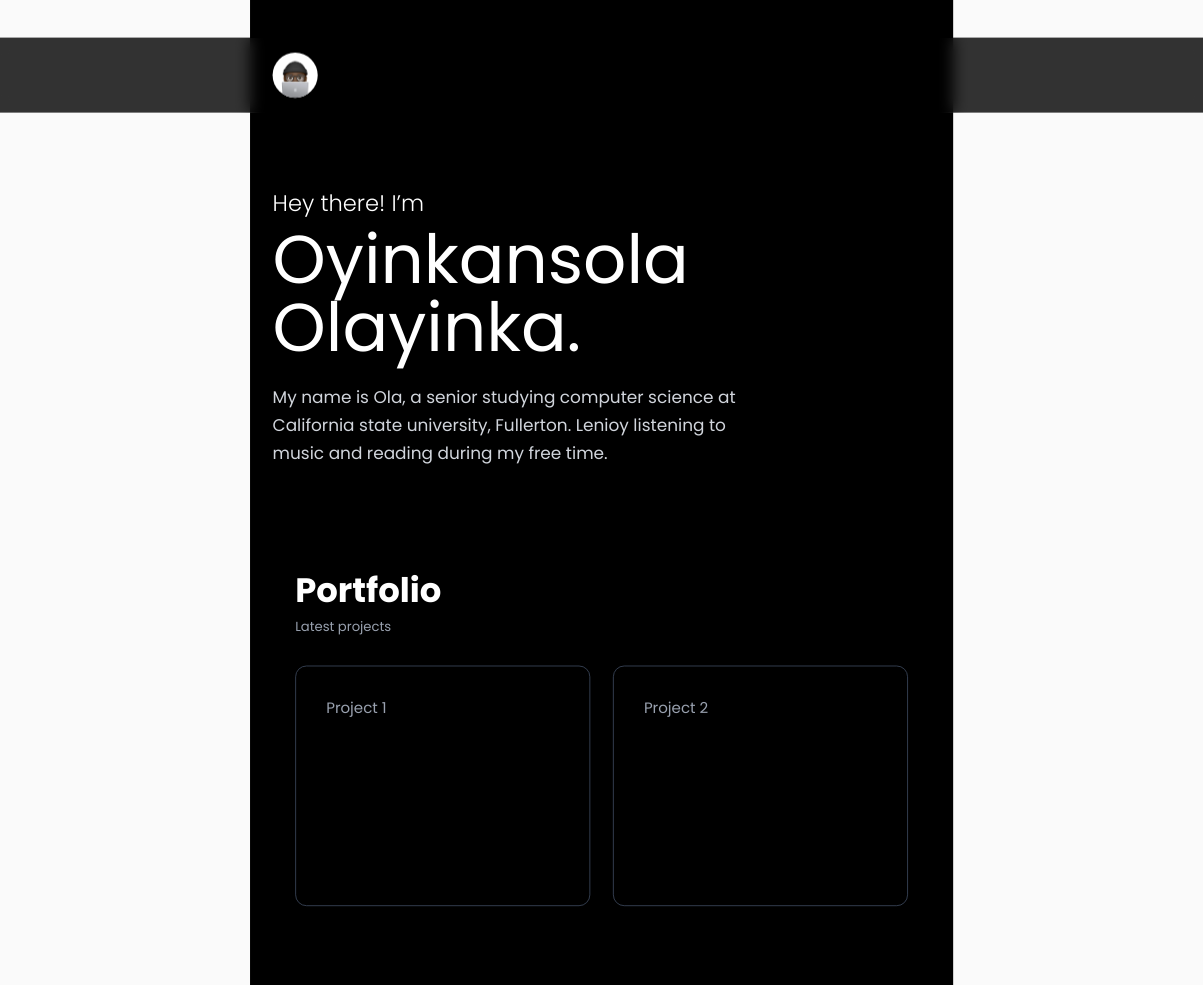
Repository: olasores/olasores-portfolio
Page: /
An editor plug-in stored every save of this project. The page is shown before and after a run of saves, followed by the edit.
The browser window is 1280 px wide. The pictures show the whole page, at 94% of full size.
The project was rebuilt for these pictures with package versions that can differ from the ones it lists, and the page was loaded fresh each time. The framework's server and built-in components were replaced by stand-ins that run in the browser. Also part of the build but not shown: next.config.ts.

Above is the page before, as saved 2025-11-11 12:54:22.

After the next 2 saves:
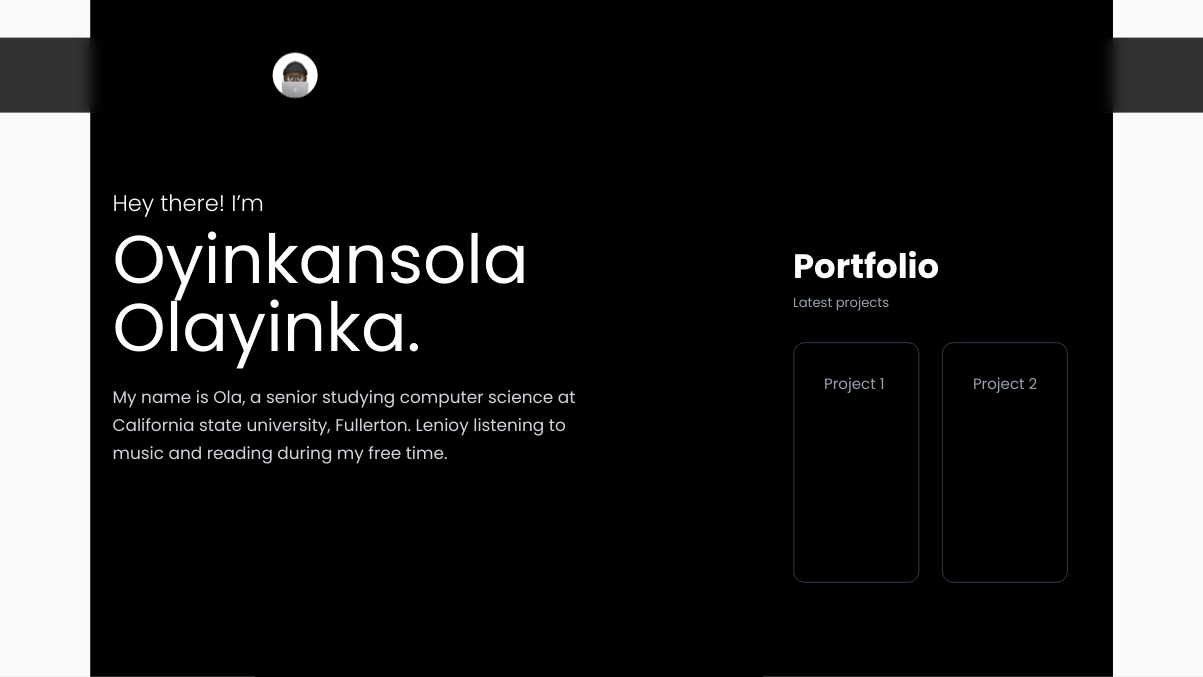
The 2 saves are shown as one change because they came seconds apart.
The last was saved 8 s later.
--- a/app/components/HomeSection.tsx
+++ b/app/components/HomeSection.tsx
@@ -31,8 +31,9 @@ export default function HomeSection() {
                         </a>
                     </div> */}
                 </div>
-                <Portfolio />
+
             </div>
+            <Portfolio />
         </div>
     );
 }
